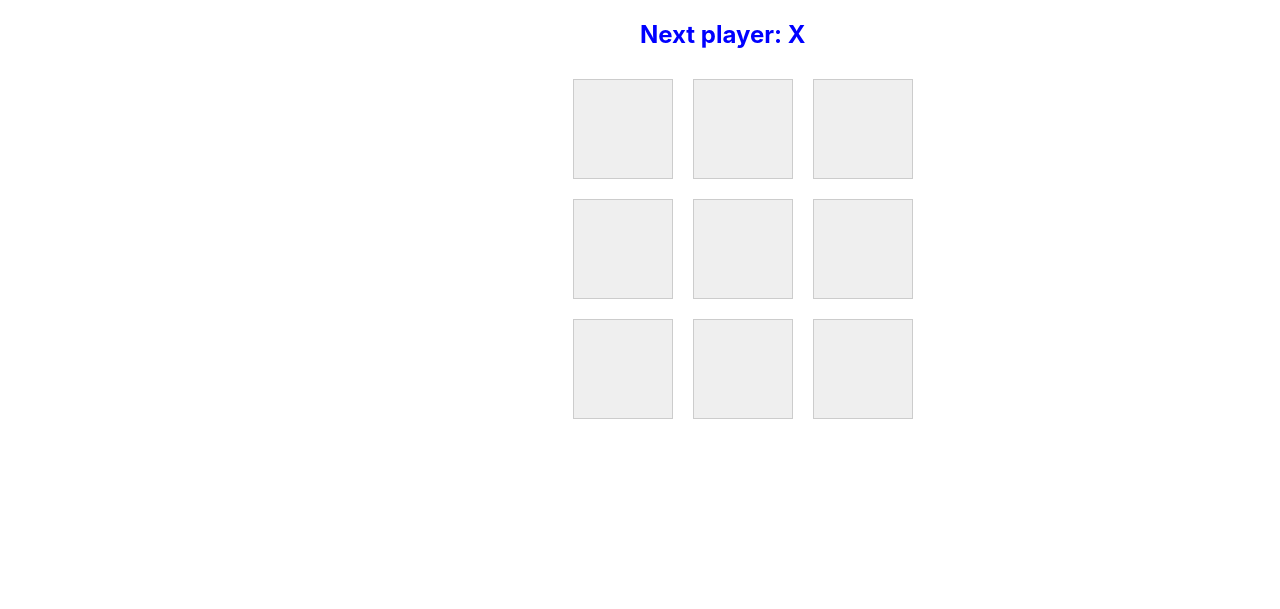
Repository: sedat-akdogan/React_Revision
Page: / (app in tic-tac-toe/)
The author's editor kept a copy of each file at every save. The page is drawn from the files as they stood at one save, then again after a run of saves.
The browser window is 1280 px wide. The pictures show the whole page.
The project was rebuilt for these pictures with package versions that can differ from the ones it lists, and the page was loaded fresh each time.

Above is the page before, as saved 2023-05-13 00:48:09.

### tic-tac-toe/src/index.css
body {
    margin: 0;
    font-family: -apple-system, BlinkMacSystemFont, 'Segoe UI', 'Roboto', 'Oxygen',
        'Ubuntu', 'Cantarell', 'Fira Sans', 'Droid Sans', 'Helvetica Neue',
        sans-serif;
    -webkit-font-smoothing: antialiased;
    -moz-osx-font-smoothing: grayscale;
}

code {
    font-family: source-code-pro, Menlo, Monaco, Consolas, 'Courier New',
        monospace;
}

.square {
    width: 100px;
    height: 100px;
    font-size: 50px;
    border: 1px solid #ccc;
    display: inline-block;
    justify-content: center;
    align-items: center;
}

.board-row {
    margin-left: 44%;
    display: flex;
}

.board-row .square {
    margin: 10px;
}

.board-row:last-child .square {
    margin-bottom: 0;
}

.status {
    color: blue;
    font-size: 24px;
    margin-top: 20px;
    margin-bottom: 20px;
    margin-left: 50%;
    font-weight: bold;
}

### tic-tac-toe/src/App.js
import { useState } from 'react';


function Square({ value, onSquareClick }) {
    return (
        <button className="square" onClick={onSquareClick}>
            {value}
        </button>
    );
}

export default function Board() {
    const [xIsNext, setXIsNext] = useState(true);
    const [squares, setSquares] = useState(Array(9).fill(null));

    function handleClick(i) {
        if (squares[i] || calculateWinner(squares)) {
            return;
        }
        const nextSquares = squares.slice();
        if (xIsNext) {
            nextSquares[i] = 'X';
        } else {
            nextSquares[i] = 'O';
        }
        setSquares(nextSquares);
        setXIsNext(!xIsNext);
    }

    const winner = calculateWinner(squares);
    let status;
    if (winner) {
        status = "Winner: " + winner;
    } else {
        status = "Next player: " + (xIsNext ? "X" : "O");
    }

    return (
        <div className='main'>
            <div className="status">{status}</div>
            <div className="board-row">
                <Square value={squares[0]} onSquareClick={() => handleClick(0)} />
                <Square value={squares[1]} onSquareClick={() => handleClick(1)} />
                <Square value={squares[2]} onSquareClick={() => handleClick(2)} />
            </div>
            <div className="board-row">
                <Square value={squares[3]} onSquareClick={() => handleClick(3)} />
                <Square value={squares[4]} onSquareClick={() => handleClick(4)} />
                <Square value={squares[5]} onSquareClick={() => handleClick(5)} />
            </div>
            <div className="board-row">
                <Square value={squares[6]} onSquareClick={() => handleClick(6)} />
                <Square value={squares[7]} onSquareClick={() => handleClick(7)} />
                <Square value={squares[8]} onSquareClick={() => handleClick(8)} />
            </div>
        </div>
    );
}

function calculateWinner(squares) {
    const lines = [
        [0, 1, 2],
        [3, 4, 5],
        [6, 7, 8],
        [0, 3, 6],
        [1, 4, 7],
        [2, 5, 8],
        [0, 4, 8],
        [2, 4, 6]
    ];
    for (let i = 0; i < lines.length; i++) {
        const [a, b, c] = lines[i];
        if (squares[a] && squares[a] === squares[b] && squares[a] === squares[c]) {
            return squares[a];
        }
    }
    return null;
}

Loaded but not shown: tic-tac-toe/public/index.html (common file); tic-tac-toe/src/index.js (common file); tic-tac-toe/src/reportWebVitals.js (common file)

After the next 3 saves:
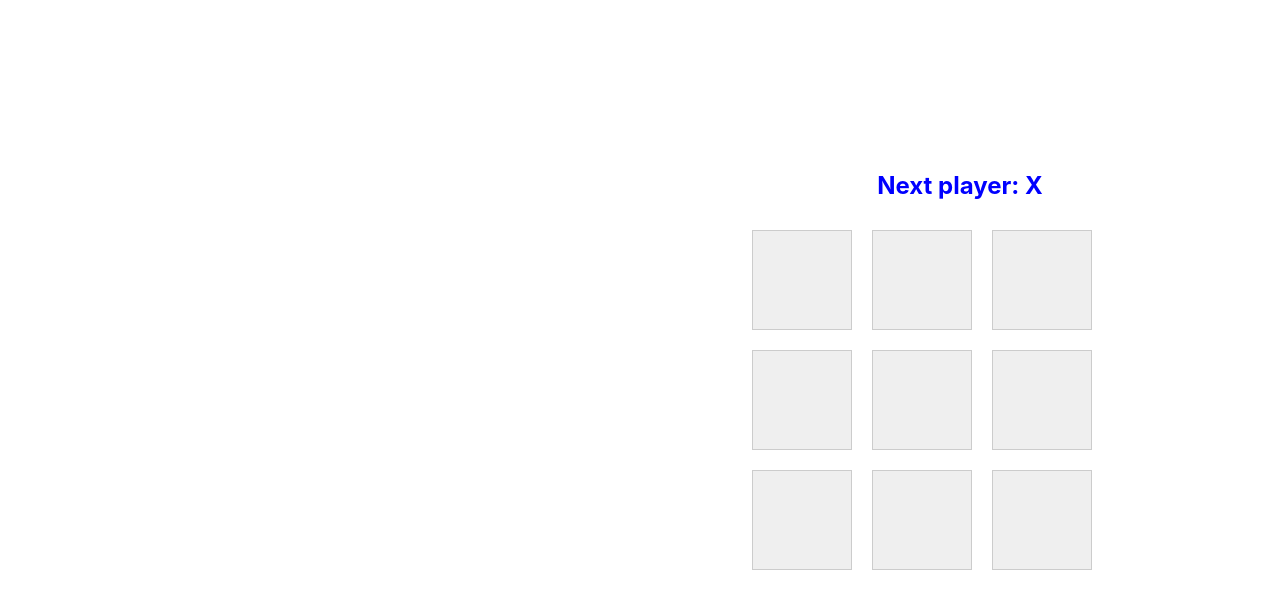
The 3 saves are shown as one change because they came seconds apart.
The last was saved 83 s later.
--- a/tic-tac-toe/src/index.css
+++ b/tic-tac-toe/src/index.css
@@ -10,6 +10,14 @@ body {
 code {
     font-family: source-code-pro, Menlo, Monaco, Consolas, 'Courier New',
         monospace;
+}
+
+.main {
+    display: flex;
+    flex-direction: column;
+    align-items: center;
+    justify-content: center;
+    height: 100vh;
 }
 
 .square {
